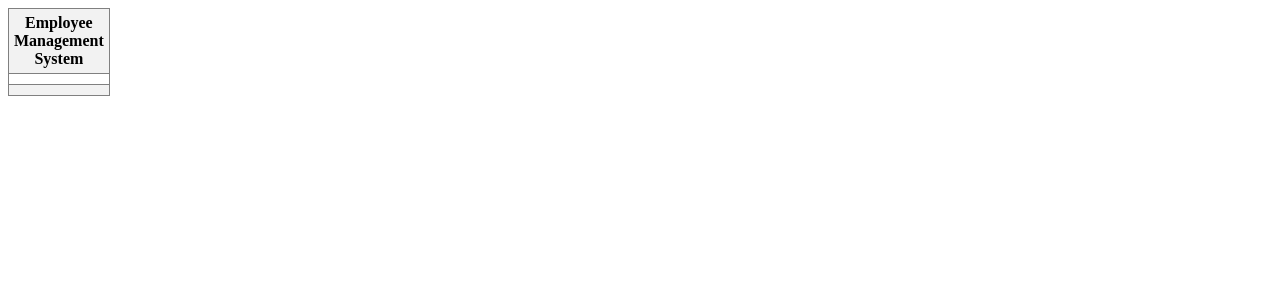
Repository: srjainapur/CRUD_Operation_With_Angular_Springboot
Page: angular-spring-demo/src/main/resources/static/EmployeeDetails.html
The author's editor kept a copy of each file at every save. The page is drawn from the files as they stood at one save, then again after the next save.
The browser window is 1280 px wide. The pictures show the whole page.
Some web libraries are served in a nearby version.

Above is the page before, as saved 2020-06-25 10:19:35.
Console error (its wording comes from the project's code and is left out).

### angular-spring-demo/src/main/resources/static/EmployeeDetails.html
<html>
	<head>
		<title>Employee Management Details</title>
		<script src="http://ajax.googleapis.com/ajax/libs/angularjs/1.4.8/angular.min.js"></script>

		<style>
         table, th , td {
            border: 1px solid grey;
            border-collapse: collapse;
            padding: 5px;
         }
         table tr:nth-child(odd) {
            background-color: #f2f2f2;
         }
         table tr:nth-child(even) {
            background-color: #ffffff;
         }
      </style>
	</head>

	<body>
		<div ng-app="mainApp" ng-controller="mainController">
			<table width="100">
				<tr>
					<th colspan="1" align="middle">Employee Management System</th>
				</tr>
				<tr>
					<td>
						<div ng-include="post_data.htm"></div>
					</td>
				</tr>
				<tr>
					<td>
						<div ng-include="get_employee.htm"></div>
					</td>
				</tr>
			</table>
		</div>
	</body>
</html>

After the next save:
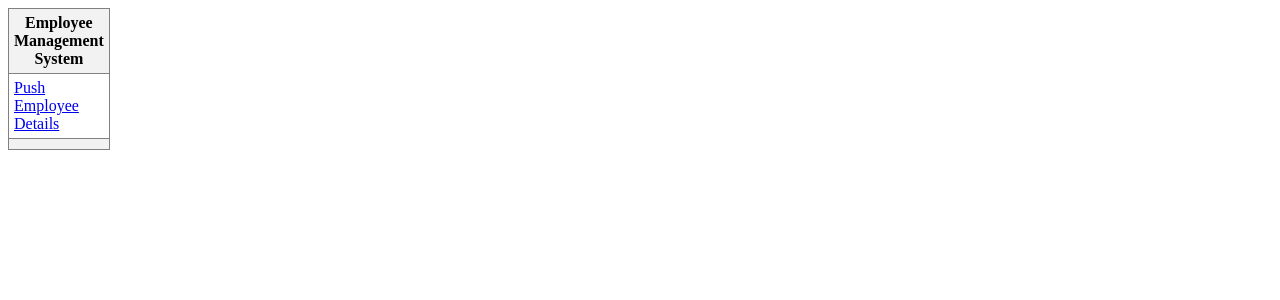
Saved 80 s later.
--- a/angular-spring-demo/src/main/resources/static/EmployeeDetails.html
+++ b/angular-spring-demo/src/main/resources/static/EmployeeDetails.html
@@ -26,6 +26,8 @@
 				</tr>
 				<tr>
 					<td>
+						<a href="post_data.htm">Push Employee Details</a>
+
 						<div ng-include="post_data.htm"></div>
 					</td>
 				</tr>
